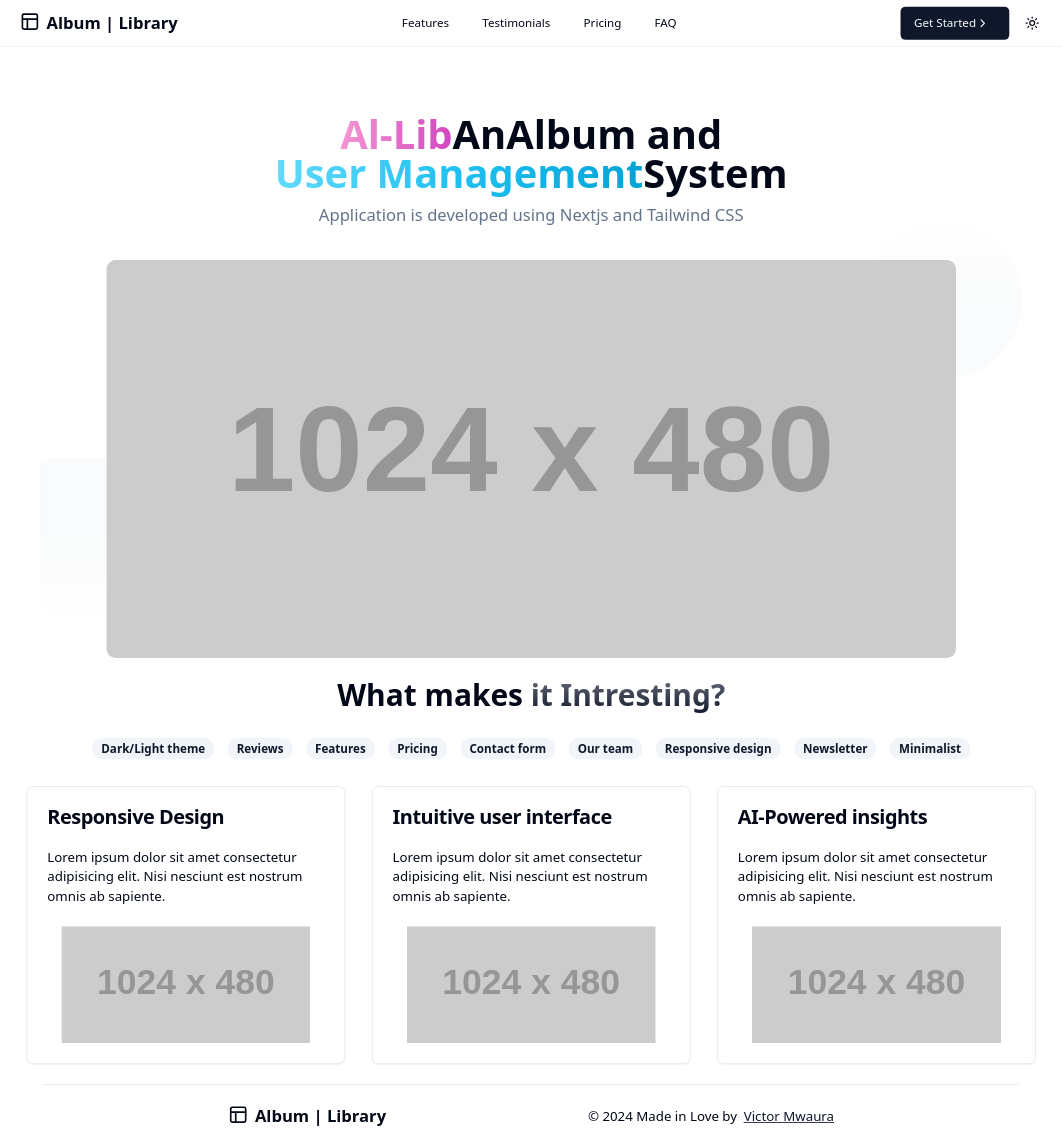
Repository: DevLaukey/savannah-informatics-test
Page: /
These files come from the project's save history. The page is drawn as it stood at one moment and after the next save; the edit follows.
The browser window is 1280 px wide. The pictures show the whole page, at 83% of full size.
The project was rebuilt for these pictures with package versions that can differ from the ones it lists, and the page was loaded fresh each time. The framework's server and built-in components were replaced by stand-ins that run in the browser. Also part of the build but not shown: next.config.mjs.

Above is the page before, as saved 2024-06-04 22:38:15.

### app/layout.jsx
import "./globals.css";
import { Inter as FontSans } from "next/font/google";

import { cn } from "@/lib/utils";
import { ThemeProvider } from "@/lib/theme-provider";

const fontSans = FontSans({
  subsets: ["latin"],
  variable: "--font-sans",
});

export default function RootLayout({ children }) {
  return (
    <html lang="en" suppressHydrationWarning>
      <head />
      <body
        className={cn(
          "min-h-screen bg-background font-sans antialiased",
          fontSans.variable
        )}
      >
        <ThemeProvider
          attribute="class"
          defaultTheme="system"
          enableSystem
          disableTransitionOnChange
        >
          {children}
        </ThemeProvider>
      </body>
    </html>
  );
}

### app/page.jsx
import Footer from "@/components/Footer";
import About from "@/components/landing-page/About";
import Hero from "@/components/landing-page/Hero";
import Navbar from "@/components/Navbar";
import ScrollToTop from "@/components/ScrollToTop";


// this is the landing page
export default function Home() {
  return (
    <>
      <Navbar />
      <Hero />
      <About />
      <Footer />
      <ScrollToTop />
    </>
  );
}

### components/Footer.jsx
import { LogoIcon } from "./Icons";

export const Footer = () => {
  return (
    <footer id="footer">
      <hr className="w-11/12 mx-auto" />

      <section className="container flex py-6 text-center items-center justify-evenly">
        <div className="col-span-full xl:col-span-2">
          <a
            rel="noreferrer noopener"
            href="/"
            className="font-bold text-xl flex"
          >
            <LogoIcon />
            Album | Library
          </a>
        </div>
        <h3>
          &copy; {new Date().getFullYear()} Made in Love by
          <a
            rel="noreferrer noopener"
            target="_blank"
            href="https://github.com/DevLaukey"
            className="text-primary ml-2 underline transition-all border-primary hover:border-b-2"
          >
            Victor Mwaura
          </a>
        </h3>
      </section>
    </footer>
  );
};

export default Footer;

### components/landing-page/About.jsx
import { Badge } from "@/components/ui/badge";
import {
  Card,
  CardContent,
  CardFooter,
  CardHeader,
  CardTitle,
} from "@/components/ui/card";

const features = [
  {
    title: "Responsive Design",
    description:
      "Lorem ipsum dolor sit amet consectetur adipisicing elit. Nisi nesciunt est nostrum omnis ab sapiente.",
    image: "https://placehold.co/1024x480",
  },
  {
    title: "Intuitive user interface",
    description:
      "Lorem ipsum dolor sit amet consectetur adipisicing elit. Nisi nesciunt est nostrum omnis ab sapiente.",
    image: "https://placehold.co/1024x480",
  },
  {
    title: "AI-Powered insights",
    description:
      "Lorem ipsum dolor sit amet consectetur adipisicing elit. Nisi nesciunt est nostrum omnis ab sapiente.",
    image: "https://placehold.co/1024x480",
  },
];

const featureList = [
  "Dark/Light theme",
  "Reviews",
  "Features",
  "Pricing",
  "Contact form",
  "Our team",
  "Responsive design",
  "Newsletter",
  "Minimalist",
];

export const About = () => {
  return (
    <section id="features" className="container py-4 sm:py-6 space-y-8">
      <h2 className="text-3xl lg:text-4xl font-bold md:text-center">

        What makes {""}
        <span className="bg-gradient-to-b from-primary/60 to-primary text-transparent bg-clip-text">
          it Intresting?
        </span>
      </h2>

      <div className="flex flex-wrap md:justify-center gap-4">
        {featureList.map((feature) => (
          <div key={feature}>
            <Badge variant="secondary" className="text-sm">
              {feature}
            </Badge>
          </div>
        ))}
      </div>

      <div className="grid md:grid-cols-2 lg:grid-cols-3 gap-8">
        {features.map(({ title, description, image }) => (
          <Card key={title}>
            <CardHeader>
              <CardTitle>{title}</CardTitle>
            </CardHeader>

            <CardContent>{description}</CardContent>

            <CardFooter>
              <img
                src={image}
                alt="About feature"
                className="w-[200px] lg:w-[300px] mx-auto"
              />
            </CardFooter>
          </Card>
        ))}
      </div>
    </section>
  );
};

export default About;

### components/landing-page/Hero.jsx
const Hero = () => {
  return (
    <>
      {/* Hero */}
      <div className="relative overflow-hidden pt-14 lg:pt-20">
        <div className="container">
          <div className="max-w-2xl text-center mx-auto">
            <main className="text-3xl md:text-5xl font-bold">
              <h1 className="inline-block">
                <span className="inline bg-gradient-to-r from-[#F596D3] to-[#D247BF] text-transparent bg-clip-text">
                  Al-Lib
                </span>
                An
              </h1>
              Album and
              <h2 className="inline-block">
                <span className="inline bg-gradient-to-r from-[#61DAFB] via-[#1fc0f1] to-[#03a3d7] text-transparent bg-clip-text">
                  User Management
                </span>
                System
              </h2>
            </main>

            <p className="mt-3 text-xl text-muted-foreground">
              Application is developed using Nextjs and Tailwind CSS
            </p>
          </div>
          <div className="mt-10 relative max-w-5xl mx-auto">
            <img
              src="https://placehold.co/1024x480"
              className="rounded-xl"
              alt="Image Description"
            />
            <div className="absolute bottom-12 -start-20 -z-[1] w-48 h-48 bg-gradient-to-b from-primary-foreground via-primary-foreground to-background p-px rounded-lg">
              <div className="w-48 h-48 rounded-lg bg-background/10" />
            </div>
            <div className="absolute -top-12 -end-20 -z-[1] w-48 h-48 bg-gradient-to-t from-primary-foreground via-primary-foreground to-background p-px rounded-full">
              <div className="w-48 h-48 rounded-full bg-background/10" />
            </div>
          </div>
        </div>
      </div>
      {/* End Hero */}
    </>
  );
};

export default Hero;

### components/Navbar.jsx
"use client";
import React, { useState } from "react";
import {
  NavigationMenu,
  NavigationMenuItem,
  NavigationMenuList,
} from "@/components/ui/navigation-menu";
import {
  Sheet,
  SheetContent,
  SheetHeader,
  SheetTitle,
  SheetTrigger,
} from "@/components/ui/sheet";
import { Button, buttonVariants } from "./ui/button";
import { ChevronRight, Menu } from "lucide-react";
import ModeToggle from "./mode-toggle";
import { LogoIcon } from "./Icons";

const routeList = [
  {
    href: "#features",
    label: "Features",
  },
  {
    href: "#testimonials",
    label: "Testimonials",
  },
  {
    href: "#pricing",
    label: "Pricing",
  },
  {
    href: "#faq",
    label: "FAQ",
  },
];

const Navbar = () => {
  const [isOpen, setIsOpen] = useState(false);
  return (
    <header className="sticky border-b-[1px] top-0 z-40 w-full bg-white dark:border-b-slate-700 dark:bg-background">
      <NavigationMenu className="mx-auto">
        <NavigationMenuList className="container h-14 px-4 w-screen flex justify-between">
          <NavigationMenuItem className="font-bold flex">
            <a
              rel="noreferrer noopener"
              href="/"
              className="ml-2 font-bold text-xl flex"
            >
              <LogoIcon />
              Album | Library
            </a>
          </NavigationMenuItem>

          {/* mobile */}
          <span className="flex md:hidden">
            <ModeToggle />

            <Sheet open={isOpen} onOpenChange={setIsOpen}>
              <SheetTrigger className="px-2">
                <Menu
                  className="flex md:hidden h-5 w-5"
                  onClick={() => setIsOpen(true)}
                >
                  <span className="sr-only">Menu Icon</span>
                </Menu>
              </SheetTrigger>

              <SheetContent side={"left"}>
                <SheetHeader>
                  <SheetTitle className="font-bold text-xl">
                    Shadcn/React
                  </SheetTitle>
                </SheetHeader>
                <nav className="flex flex-col justify-center items-center gap-2 mt-4">
                  {routeList.map(({ href, label }) => (
                    <a
                      rel="noreferrer noopener"
                      key={label}
                      href={href}
                      onClick={() => setIsOpen(false)}
                      className={buttonVariants({ variant: "ghost" })}
                    >
                      {label}
                    </a>
                  ))}
                  <Button>
                    Get Started
                    <ChevronRight className="mr-2 h-4 w-4" />
                  </Button>
                </nav>
              </SheetContent>
            </Sheet>
          </span>

          {/* desktop */}
          <nav className="hidden md:flex gap-2">
            {routeList.map((route, i) => (
              <a
                rel="noreferrer noopener"
                href={route.href}
                key={i}
                className={`text-[17px] ${buttonVariants({
                  variant: "ghost",
                })}`}
              >
                {route.label}
              </a>
            ))}
          </nav>

          <div className="hidden md:flex gap-2">
            <Button>
              Get Started
              <ChevronRight className="mr-2 h-4 w-4" />
            </Button>
            <ModeToggle />
          </div>
        </NavigationMenuList>
      </NavigationMenu>
    </header>
  );
};
export default Navbar;

### components/ScrollToTop.jsx
"use client";
import { useState, useEffect } from "react";
import { Button } from "./ui/button";
import { ArrowUpToLine } from "lucide-react";

const ScrollToTop = () => {
  const [showTopBtn, setShowTopBtn] = useState(false);

  useEffect(() => {
    const handleScroll = () => {
      if (window.scrollY > 400) {
        setShowTopBtn(true);
      } else {
        setShowTopBtn(false);
      }
    };

    window.addEventListener("scroll", handleScroll);

    return () => {
      window.removeEventListener("scroll", handleScroll);
    };
  }, []);

  const goToTop = () => {
    window.scroll({
      top: 0,
      left: 0,
      behavior: "smooth", // Smooth scrolling added for better user experience
    });
  };

  return (
    <>
      {showTopBtn && (
        <Button
          onClick={goToTop}
          className="fixed bottom-4 right-4 opacity-90 shadow-md"
          size="icon"
        >
          <ArrowUpToLine className="h-4 w-4" />
        </Button>
      )}
    </>
  );
};

export default ScrollToTop;

### components/Icons.jsx
export const LogoIcon = () => {
  return (
    <svg
      xmlns="http://www.w3.org/2000/svg"
      viewBox="0 0 24 24"
      fill="none"
      stroke="currentColor"
      strokeWidth="2"
      strokeLinecap="round"
      strokeLinejoin="round"
      className="lucide lucide-panels-top-left mr-2 w-6 h-6"
    >
      <rect width="18" height="18" x="3" y="3" rx="2" />
      <path d="M3 9h18" />
      <path d="M9 21V9" />
    </svg>
  );
};

### components/ui/badge.jsx
import * as React from "react"
import { cva } from "class-variance-authority";

import { cn } from "@/lib/utils"

const badgeVariants = cva(
  "inline-flex items-center rounded-full border px-2.5 py-0.5 text-xs font-semibold transition-colors focus:outline-none focus:ring-2 focus:ring-ring focus:ring-offset-2",
  {
    variants: {
      variant: {
        default:
          "border-transparent bg-primary text-primary-foreground hover:bg-primary/80",
        secondary:
          "border-transparent bg-secondary text-secondary-foreground hover:bg-secondary/80",
        destructive:
          "border-transparent bg-destructive text-destructive-foreground hover:bg-destructive/80",
        outline: "text-foreground",
      },
    },
    defaultVariants: {
      variant: "default",
    },
  }
)

function Badge({
  className,
  variant,
  ...props
}) {
  return (<div className={cn(badgeVariants({ variant }), className)} {...props} />);
}

export { Badge, badgeVariants }

### components/ui/card.jsx
import * as React from "react"

import { cn } from "@/lib/utils"

const Card = React.forwardRef(({ className, ...props }, ref) => (
  <div
    ref={ref}
    className={cn("rounded-lg border bg-card text-card-foreground shadow-sm", className)}
    {...props} />
))
Card.displayName = "Card"

const CardHeader = React.forwardRef(({ className, ...props }, ref) => (
  <div
    ref={ref}
    className={cn("flex flex-col space-y-1.5 p-6", className)}
    {...props} />
))
CardHeader.displayName = "CardHeader"

const CardTitle = React.forwardRef(({ className, ...props }, ref) => (
  <h3
    ref={ref}
    className={cn("text-2xl font-semibold leading-none tracking-tight", className)}
    {...props} />
))
CardTitle.displayName = "CardTitle"

const CardDescription = React.forwardRef(({ className, ...props }, ref) => (
  <p
    ref={ref}
    className={cn("text-sm text-muted-foreground", className)}
    {...props} />
))
CardDescription.displayName = "CardDescription"

const CardContent = React.forwardRef(({ className, ...props }, ref) => (
  <div ref={ref} className={cn("p-6 pt-0", className)} {...props} />
))
CardContent.displayName = "CardContent"

const CardFooter = React.forwardRef(({ className, ...props }, ref) => (
  <div
    ref={ref}
    className={cn("flex items-center p-6 pt-0", className)}
    {...props} />
))
CardFooter.displayName = "CardFooter"

export { Card, CardHeader, CardFooter, CardTitle, CardDescription, CardContent }

### components/ui/sheet.jsx
"use client";
import * as React from "react"
import * as SheetPrimitive from "@radix-ui/react-dialog"
import { cva } from "class-variance-authority";
import { X } from "lucide-react"

import { cn } from "@/lib/utils"

const Sheet = SheetPrimitive.Root

const SheetTrigger = SheetPrimitive.Trigger

const SheetClose = SheetPrimitive.Close

const SheetPortal = SheetPrimitive.Portal

const SheetOverlay = React.forwardRef(({ className, ...props }, ref) => (
  <SheetPrimitive.Overlay
    className={cn(
      "fixed inset-0 z-50 bg-black/80  data-[state=open]:animate-in data-[state=closed]:animate-out data-[state=closed]:fade-out-0 data-[state=open]:fade-in-0",
      className
    )}
    {...props}
    ref={ref} />
))
SheetOverlay.displayName = SheetPrimitive.Overlay.displayName

const sheetVariants = cva(
  "fixed z-50 gap-4 bg-background p-6 shadow-lg transition ease-in-out data-[state=open]:animate-in data-[state=closed]:animate-out data-[state=closed]:duration-300 data-[state=open]:duration-500",
  {
    variants: {
      side: {
        top: "inset-x-0 top-0 border-b data-[state=closed]:slide-out-to-top data-[state=open]:slide-in-from-top",
        bottom:
          "inset-x-0 bottom-0 border-t data-[state=closed]:slide-out-to-bottom data-[state=open]:slide-in-from-bottom",
        left: "inset-y-0 left-0 h-full w-3/4 border-r data-[state=closed]:slide-out-to-left data-[state=open]:slide-in-from-left sm:max-w-sm",
        right:
          "inset-y-0 right-0 h-full w-3/4  border-l data-[state=closed]:slide-out-to-right data-[state=open]:slide-in-from-right sm:max-w-sm",
      },
    },
    defaultVariants: {
      side: "right",
    },
  }
)

const SheetContent = React.forwardRef(({ side = "right", className, children, ...props }, ref) => (
  <SheetPortal>
    <SheetOverlay />
    <SheetPrimitive.Content ref={ref} className={cn(sheetVariants({ side }), className)} {...props}>
      {children}
      <SheetPrimitive.Close
        className="absolute right-4 top-4 rounded-sm opacity-70 ring-offset-background transition-opacity hover:opacity-100 focus:outline-none focus:ring-2 focus:ring-ring focus:ring-offset-2 disabled:pointer-events-none data-[state=open]:bg-secondary">
        <X className="h-4 w-4" />
        <span className="sr-only">Close</span>
      </SheetPrimitive.Close>
    </SheetPrimitive.Content>
  </SheetPortal>
))
SheetContent.displayName = SheetPrimitive.Content.displayName

const SheetHeader = ({
  className,
  ...props
}) => (
  <div
    className={cn("flex flex-col space-y-2 text-center sm:text-left", className)}
    {...props} />
)
SheetHeader.displayName = "SheetHeader"

const SheetFooter = ({
  className,
  ...props
}) => (
  <div
    className={cn("flex flex-col-reverse sm:flex-row sm:justify-end sm:space-x-2", className)}
    {...props} />
)
SheetFooter.displayName = "SheetFooter"

const SheetTitle = React.forwardRef(({ className, ...props }, ref) => (
  <SheetPrimitive.Title
    ref={ref}
    className={cn("text-lg font-semibold text-foreground", className)}
    {...props} />
))
SheetTitle.displayName = SheetPrimitive.Title.displayName

const SheetDescription = React.forwardRef(({ className, ...props }, ref) => (
  <SheetPrimitive.Description
    ref={ref}
    className={cn("text-sm text-muted-foreground", className)}
    {...props} />
))
SheetDescription.displayName = SheetPrimitive.Description.displayName

export {
  Sheet,
  SheetPortal,
  SheetOverlay,
  SheetTrigger,
  SheetClose,
  SheetContent,
  SheetHeader,
  SheetFooter,
  SheetTitle,
  SheetDescription,
}

### components/ui/button.jsx
import * as React from "react"
import { Slot } from "@radix-ui/react-slot"
import { cva } from "class-variance-authority";

import { cn } from "@/lib/utils"

const buttonVariants = cva(
  "inline-flex items-center justify-center whitespace-nowrap rounded-md text-sm font-medium ring-offset-background transition-colors focus-visible:outline-none focus-visible:ring-2 focus-visible:ring-ring focus-visible:ring-offset-2 disabled:pointer-events-none disabled:opacity-50",
  {
    variants: {
      variant: {
        default: "bg-primary text-primary-foreground hover:bg-primary/90",
        destructive:
          "bg-destructive text-destructive-foreground hover:bg-destructive/90",
        outline:
          "border border-input bg-background hover:bg-accent hover:text-accent-foreground",
        secondary:
          "bg-secondary text-secondary-foreground hover:bg-secondary/80",
        ghost: "hover:bg-accent hover:text-accent-foreground",
        link: "text-primary underline-offset-4 hover:underline",
      },
      size: {
        default: "h-10 px-4 py-2",
        sm: "h-9 rounded-md px-3",
        lg: "h-11 rounded-md px-8",
        icon: "h-10 w-10",
      },
    },
    defaultVariants: {
      variant: "default",
      size: "default",
    },
  }
)

const Button = React.forwardRef(({ className, variant, size, asChild = false, ...props }, ref) => {
  const Comp = asChild ? Slot : "button"
  return (
    (<Comp
      className={cn(buttonVariants({ variant, size, className }))}
      ref={ref}
      {...props} />)
  );
})
Button.displayName = "Button"

export { Button, buttonVariants }

### components/mode-toggle.jsx
import React from "react";
import { Button } from "@/components/ui/button";
import {
  DropdownMenu,
  DropdownMenuContent,
  DropdownMenuItem,
  DropdownMenuTrigger,
} from "@/components/ui/dropdown-menu";
import { useTheme } from "@/lib/theme-provider";
import { Moon, Sun } from "lucide-react";

export default function ModeToggle() {
  const { setTheme } = useTheme();

  return (
    <DropdownMenu>
      <DropdownMenuTrigger asChild>
        <Button variant="ghost" size="icon" className="ghost">
          <Sun className="h-[1.1rem] w-[1.2rem] rotate-0 scale-100 transition-all dark:-rotate-90 dark:scale-0" />
          <Moon className="absolute h-[1.1rem] w-[1.2rem] rotate-90 scale-0 transition-all dark:rotate-0 dark:scale-100" />
          <span className="sr-only">Toggle theme</span>
        </Button>
      </DropdownMenuTrigger>
      <DropdownMenuContent align="end">
        <DropdownMenuItem onClick={() => setTheme("light")}>
          Light
        </DropdownMenuItem>
        <DropdownMenuItem onClick={() => setTheme("dark")}>
          Dark
        </DropdownMenuItem>
        <DropdownMenuItem onClick={() => setTheme("system")}>
          System
        </DropdownMenuItem>
      </DropdownMenuContent>
    </DropdownMenu>
  );
}

Loaded but not shown: app/globals.css (common file); lib/utils.js (common file); tailwind.config.js (82 lines, source omitted); lib/theme-provider.js (60 lines, source omitted); components/ui/dropdown-menu.jsx (157 lines, source omitted); components/ui/navigation-menu.jsx (104 lines, source omitted); app/api/albums/route.js (no copy from this time; the picture is the same without it)

After the next save:
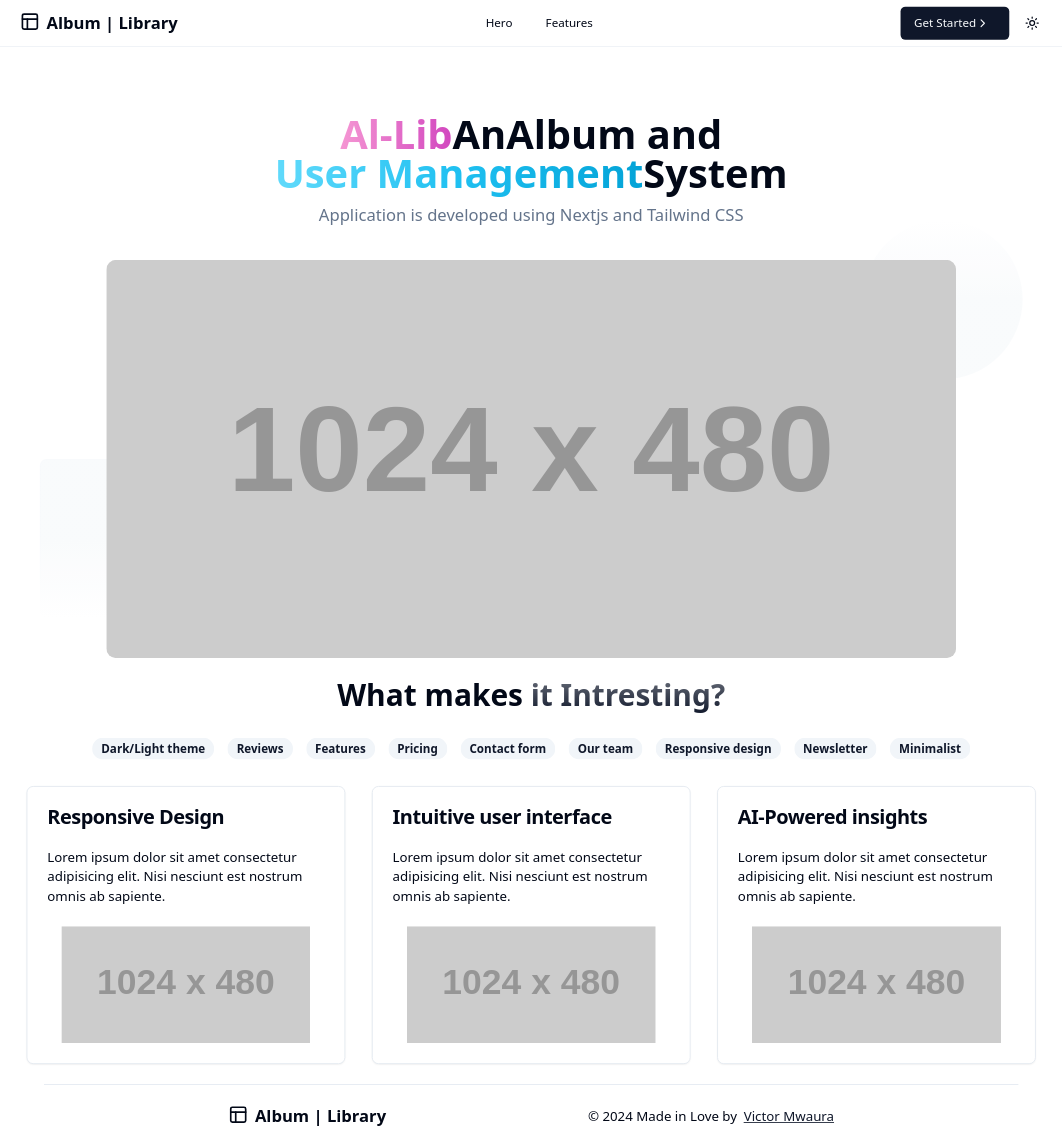
Saved 65 s later.
--- a/components/Navbar.jsx
+++ b/components/Navbar.jsx
@@ -19,21 +19,14 @@ import { LogoIcon } from "./Icons";
 
 const routeList = [
   {
+    href: "#hero",
+    label: "Hero",
+  },
+  {
     href: "#features",
     label: "Features",
   },
-  {
-    href: "#testimonials",
-    label: "Testimonials",
-  },
-  {
-    href: "#pricing",
-    label: "Pricing",
-  },
-  {
-    href: "#faq",
-    label: "FAQ",
-  },
+
 ];
 
 const Navbar = () => {
